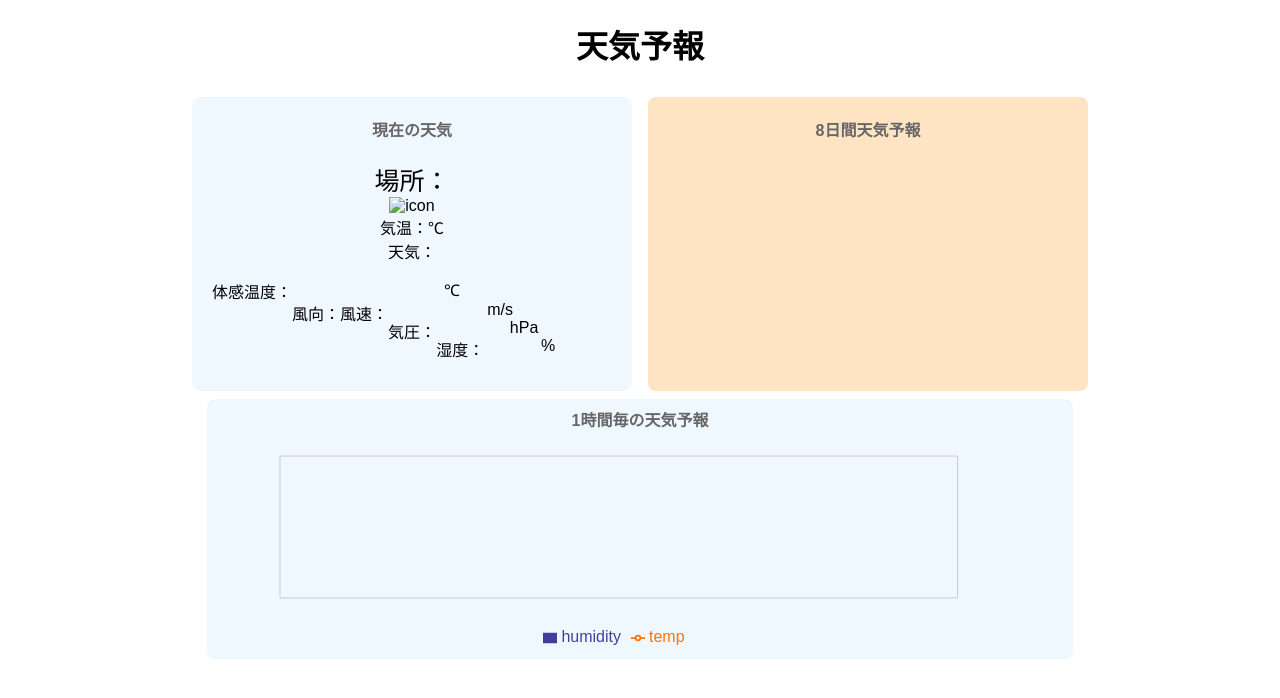
Repository: IshigureTomoki/weather-app
Page: /
These files come from the project's save history. The page is drawn as it stood at one moment and after the next save; the edit follows.
The browser window is 1280 px wide. The pictures show the whole page.
The page's requests for data from a server got no answer. The project was rebuilt for these pictures with package versions that can differ from the ones it lists, and the page was loaded fresh each time. No one was signed in, and anything a server would have sent is missing.

Above is the page before, as saved 2022-02-25 14:54:42.

After the next save:
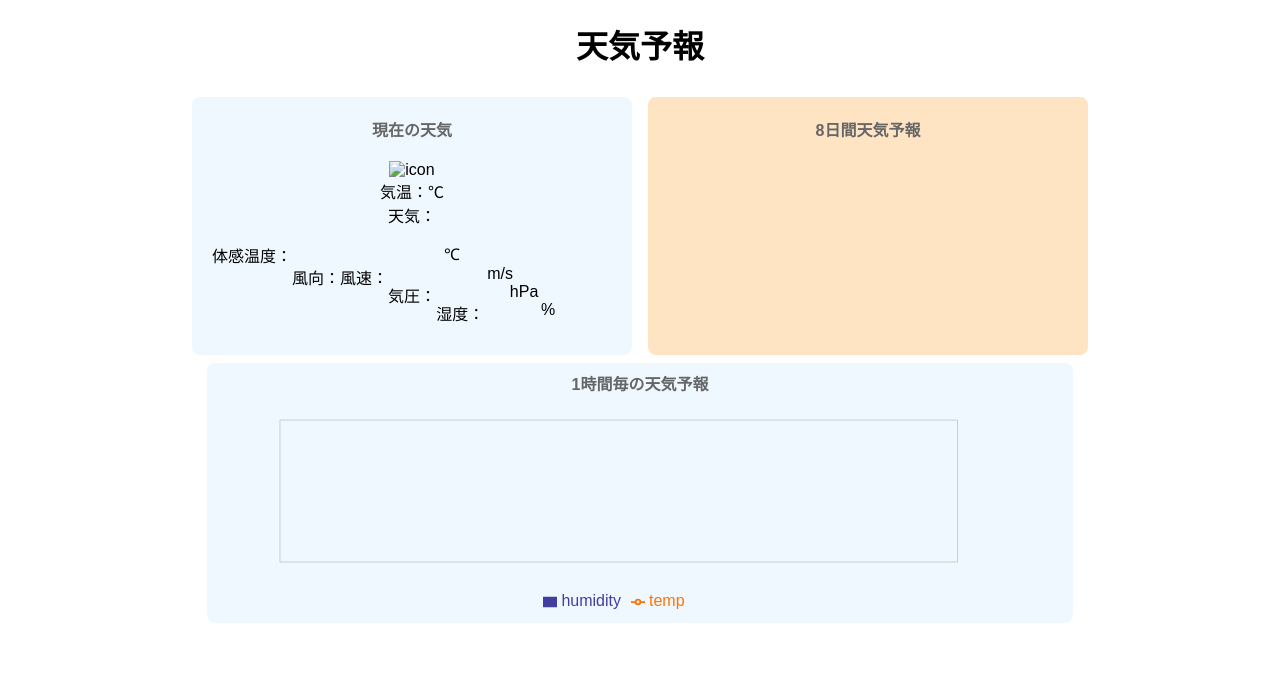
Saved 8 s later.
--- a/src/App.tsx
+++ b/src/App.tsx
@@ -154,7 +154,7 @@ function App() {
           <div className="now-area">
             <div className="title">現在の天気</div>
             <div className="nowtime">{weatherReport?.time}</div>
-            <div className="nowplace">場所：{weatherReport?.timezone}</div>
+            <div className="nowplace">{weatherReport?.timezone}</div>
             <div>
               <img src={weatherReport?.weatherIcon} alt="icon"
                       width={120}/>
